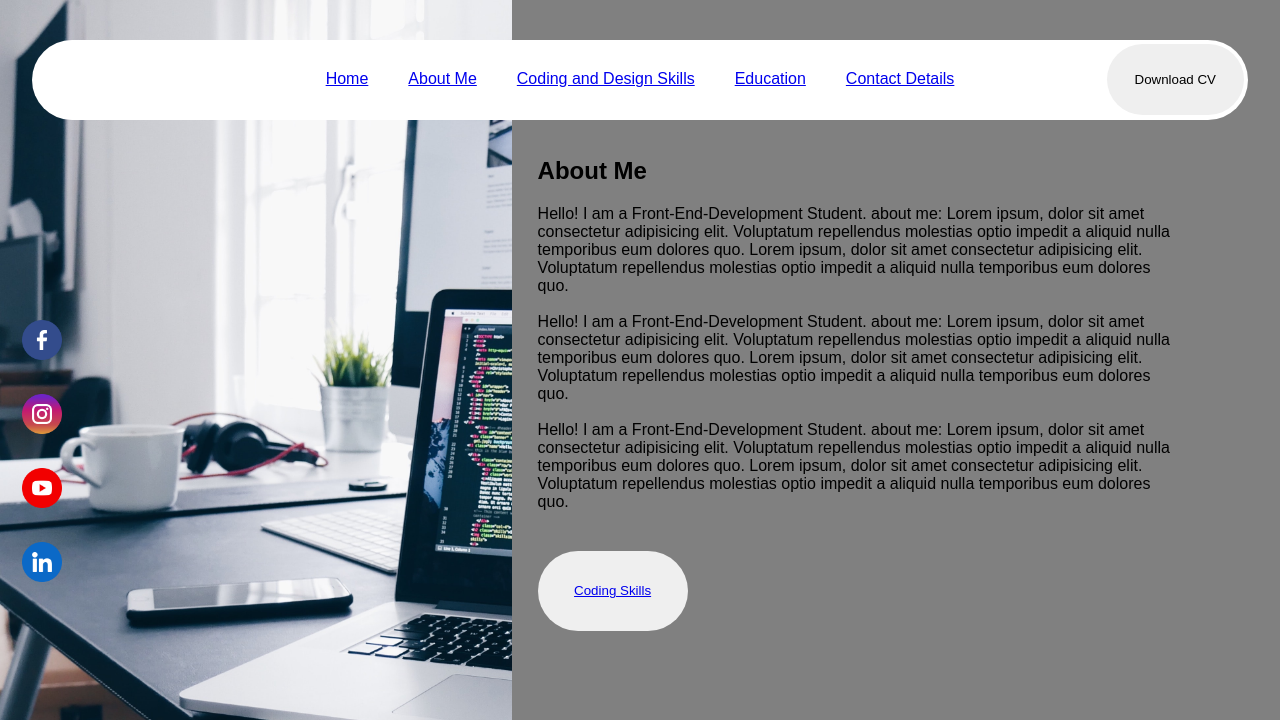
Repository: WesleyErasmus/MyDigitalResume-4
Page: about.html
The author's editor kept a copy of each file at every save. The page is drawn from the files as they stood at one save, then again after the next save.
The browser window is 1280 px wide. The pictures show the whole page.

Above is the page before, as saved 2022-02-20 18:42:13.

### about.html
<!DOCTYPE html>
<html lang="en">
<head>
    <meta charset="UTF-8">
    <meta http-equiv="X-UA-Compatible" content="IE=edge">
    <meta name="viewport" content="width=device-width, initial-scale=1.0">
    <title>Wesley Erasmus Digital Resume 4 Project</title>
    <link rel="stylesheet" href="about.css">
</head>
<body>
    <body>
        <header class="nav-menu-top">
            <ul class="top-nav-menu-buttons">
                <li><a href="/index.html" target="">Home</a></li>
                <li><a href="/about.html" target="">About Me</a></li>
                <li><a href="/codingSkills.html" target="">Coding and Design Skills</a></li>
                <li><a href="/education.html" target="">Education</a></li>
                <li><a href="/contact.html" target="">Contact Details</a></li>
            </ul>
            <button id="download-cv">Download CV</button>
        </header>
        <aside class="self-portrait">
        </aside>
        <nav class="social-media-links">
            <ul class="social-media-links">
                <li><a href="https://www.facebook.com/codespaceza"><img src="/icons/facebook.png" alt="Facebook" width="40px" height="40px"></a></li>
                <li><a href="https://www.instagram.com/codespaceza/"><img src="icons/instagram.png" alt="Instagram" width="40px" height="40px"></a></li>
                <li><a href="https://www.youtube.com/channel/UCfmXJliguiwBv2QlRzWdrxA"><img src="icons/youtube.png" alt="YouTube" width="40px" height="40px"></a></li>
                <li><a href="https://www.linkedin.com/school/codespaceza/"><img src="icons/linkedin.png" alt="LinkedIn" width="40px" height="40px"></a></li>
            </ul>
            <!-- Here's a link  where you can find free icons : https://www.flaticon.com/premium-icon/twitter_4494477?related_id=4494465&origin=search -->
        </nav>
         <article>
             <h1 ID="title">About Me</h1>
            <div class="about-me">
                <p>Hello! I am a Front-End-Development Student. about me: Lorem ipsum, dolor sit amet consectetur adipisicing elit. Voluptatum repellendus molestias optio impedit a aliquid nulla temporibus eum dolores quo. Lorem ipsum, dolor sit amet consectetur adipisicing elit. Voluptatum repellendus molestias optio impedit a aliquid nulla temporibus eum dolores quo.</p>
                <br>
                <p>Hello! I am a Front-End-Development Student. about me: Lorem ipsum, dolor sit amet consectetur adipisicing elit. Voluptatum repellendus molestias optio impedit a aliquid nulla temporibus eum dolores quo. Lorem ipsum, dolor sit amet consectetur adipisicing elit. Voluptatum repellendus molestias optio impedit a aliquid nulla temporibus eum dolores quo.</p>
                <br>
                <p>Hello! I am a Front-End-Development Student. about me: Lorem ipsum, dolor sit amet consectetur adipisicing elit. Voluptatum repellendus molestias optio impedit a aliquid nulla temporibus eum dolores quo. Lorem ipsum, dolor sit amet consectetur adipisicing elit. Voluptatum repellendus molestias optio impedit a aliquid nulla temporibus eum dolores quo.</p>
            </div>
            <button class="next-page">
                <a href="/codingSkills.html" target="">Coding Skills</a>
            </button>
        </article>
    </body>
</body>
</html>

### about.css
* {
    font-family: Arial, Helvetica, sans-serif;
    margin: 0;
    padding: 0;
}
body {
    background-color: grey;
    overflow:hidden;
}
header.nav-menu-top {
    position: relative;
    /* Positions explained in below link: https://developer.mozilla.org/en-US/docs/Web/CSS/position */
    text-align: center;
    margin: 0 auto;
    /* Margin: 0 auto can be used to center an object horizontally  */
    width: 95%;
    height: 80px;
    border-radius: 50px;
    margin-top: 40px;
    background-color: #fff;
}
ul.top-nav-menu-buttons{
    display: flex;
    justify-content: center;
    /* Positions explained in below link: https://css-tricks.com/snippets/css/a-guide-to-flexbox/ */
    padding: 30px;
}
.top-nav-menu-buttons li {
    margin: 0 20px 0 20px;
    list-style-type: none;
    text-align: center;
}
button#download-cv {
    position: relative;
    float: right;
    top: -74px;
    right: 4px;
    padding: 28px;
    border-radius: 50px;
    border: NONE;
}
aside.self-portrait {
    z-index: -1;
    /* z-index explained in below link:
     https://developer.mozilla.org/en-US/docs/Web/CSS/z-index */
    background-color: black;
    position: absolute;
    top: 0;
    left: 0;
    height: 100%;
    width: 40%;
    background-image: url(/backgroundImage/coding-2.jpg);
    background-repeat: no-repeat;
    background-size: 250%;
}
nav.social-media-links {
    position: relative;
    height: 390px;
    width: 50px;
    float: left;
    top: 150px;
    left: 17px;
    border-radius: 0 15px 15px 0;
}
ul.social-media-links{
    padding: 50px 5px 5px 5px;
    text-align: center;
    display: flex;
    flex-direction: column;

}
.social-media-links li{
    margin-bottom: 30px;
    list-style-type: none;
}

article {
    width: 50%;
    left: 41%;
    position: absolute;
    height: 500px;
    top: 20vh;
    padding: 1%;
}
h1#title {
    margin-bottom: 20px;
}
button.next-page {
    margin-top: 40px;
    width: 150px ;
    height: 80px ;
    border-radius: 50px;
    border: none;
}

After the next save:
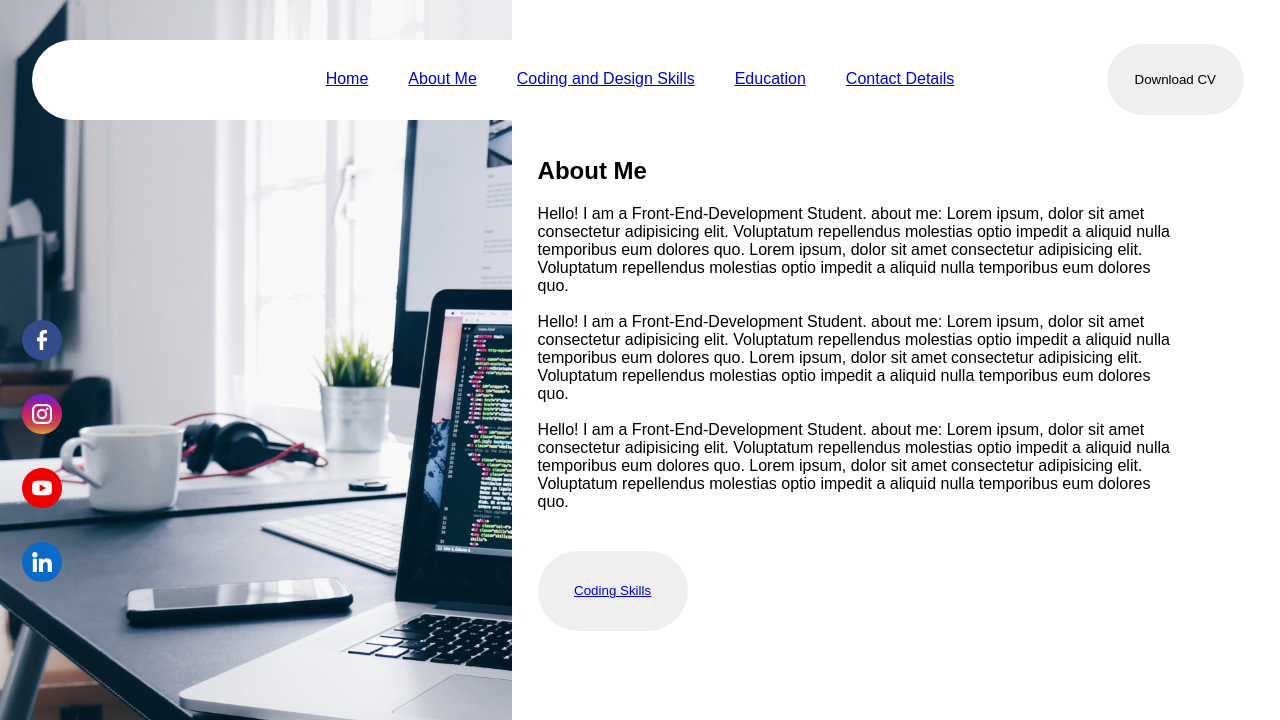
Saved 5 s later.
--- a/about.css
+++ b/about.css
@@ -4,7 +4,6 @@
     padding: 0;
 }
 body {
-    background-color: grey;
     overflow:hidden;
 }
 header.nav-menu-top {
